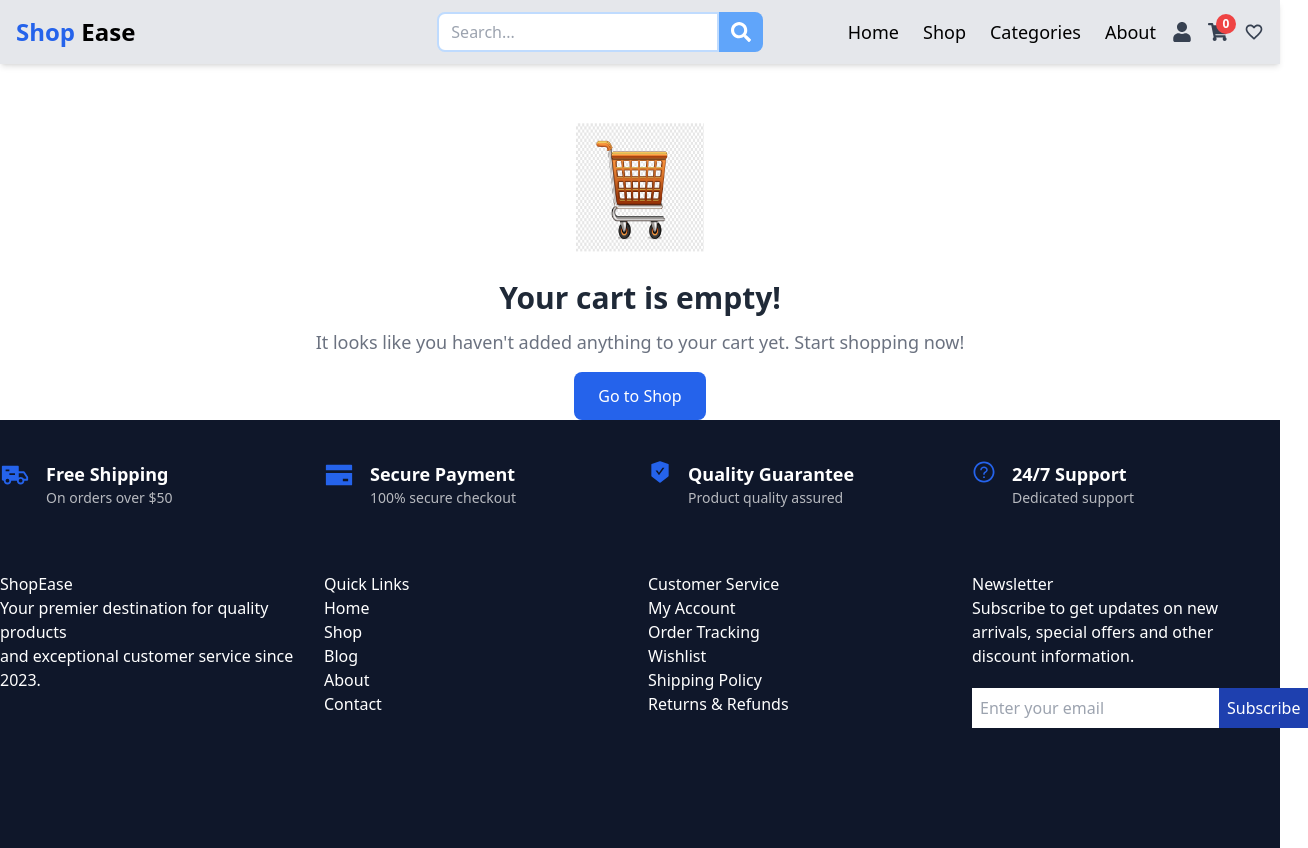
Repository: Muyassar-Mamdoh-Salem/project
Page: /cart
An editor plug-in stored every save of this project. The page is shown before and after the next save, followed by the edit.
The browser window is 1280 px wide. The page is 1308 px wide, so the pictures cover 1308 px, including what lies to the right of the window. The pictures show the whole page.
The project was rebuilt for these pictures with package versions that can differ from the ones it lists, and the page was loaded fresh each time. Also part of the build but not shown: vite.config.js, src/pages/Sign.jsx, src/pages/Products.jsx, src/pages/Banner.jsx, src/components/Home.jsx, src/components/Shop.jsx, src/components/About.jsx, src/components/Categories.jsx and 2 more.

Above is the page before, as saved 2025-05-20 21:06:24.

### src/main.jsx
import { StrictMode } from 'react';
import { createRoot } from 'react-dom/client';
import { Provider } from 'react-redux';
import './index.css';
import App from './App.jsx';
import { store } from './Redux/store.js';
import firebase from './FirebaseConfig.js'; // <-- تهيئة Firebase

createRoot(document.getElementById('root')).render(
  <StrictMode>
    <Provider store={store}>
      <App />
    </Provider>
  </StrictMode>,
);

### src/App.jsx
import React from "react";
import {
  createBrowserRouter,
  createRoutesFromElements,
  Outlet,
  Route,
  RouterProvider,
} from "react-router-dom";

import Header from "./components/Header";
import Footer from "./components/Footer";
import Sign from "./pages/Sign";
import Home from "./components/Home";
import Cart from "./pages/Cart";
import Shop from "./components/Shop";
import About from "./components/About";
import Categories from "./components/Categories";
import Regpage from "./pages/Regpage";
import ProductDetails from "./components/ProductDetails";
import { ProductsData } from "./api/Api";

const Layout = () => {




  return (
    <>
      <Header />
      <Outlet /> {/* سيتم استبداله بالمحتوى حسب المسار */}
      <Footer />
    </>
  );
};

const App = () => {
  const router = createBrowserRouter(
    createRoutesFromElements(
      <>
        <Route path="/" element={<Layout />}>
          <Route index element={<Home />} loader={ProductsData} />
          <Route path="cart" element={<Cart />} />
        </Route>
        <Route path="sign" element={<Sign />} />
        <Route path="shop" element={<Shop />} />
        <Route path="about" element={<About />} />
        <Route path="product/:id" element={<ProductDetails />} />
        <Route path="categories" element={<Categories />} />
                  <Route path="regpage" element={<Regpage />} />

      </>
    ),
    {
      future: {
        v7_startTransition: true,
        v7_relativeSplatPath: true,
      },
    }
  );

  return <RouterProvider router={router} />;
};

export default App;

### src/Redux/store.js
import { configureStore } from "@reduxjs/toolkit";
import appReducer from "./appSlice";

export const store = configureStore({
  reducer: {
    app: appReducer,
  },
});

### src/FirebaseConfig.js
// Import the functions you need from the SDKs you need
import { initializeApp } from "firebase/app";
// import { getAnalytics } from "firebase/analytics";
// TODO: Add SDKs for Firebase products that you want to use
// https://firebase.google.com/docs/web/setup#available-libraries

// Your web app's Firebase configuration
// For Firebase JS SDK v7.20.0 and later, measurementId is optional
const firebaseConfig = {
  apiKey: "AIzaSyAalUgJ3Ll3tkHQAQvJdORNeafACY-ek9w",
  authDomain: "ecommerce-app-6b6cb.firebaseapp.com",
  projectId: "ecommerce-app-6b6cb",
  storageBucket: "ecommerce-app-6b6cb.firebasestorage.app",
  messagingSenderId: "415824190073",
  appId: "1:415824190073:web:a47d569907d09dda5392a8",
  measurementId: "G-PF1PYRJ45L"
};

// Initialize Firebase
const app = initializeApp(firebaseConfig);
export default app;

### src/components/Header.jsx
import React, { useState } from "react";
import { HashLink } from "react-router-hash-link";
import { FaSearch, FaUser, FaShoppingCart, FaBars, FaSignOutAlt } from "react-icons/fa";
import { MdFavoriteBorder } from "react-icons/md";
import { IoMdClose } from "react-icons/io";
import { useDispatch, useSelector } from "react-redux";
import { getAuth, signOut } from "firebase/auth";
import { Logoutuser } from "../Redux/appSlice";

const Header = () => {
  const UserInfo = useSelector((state) => state.app.UserInfo);
  const dispatch = useDispatch();
  const [openBar, setOpenBar] = useState(false);

  const totalItems = useSelector((state) =>
    state.app.products.reduce((total, item) => total + item.quantity, 0)
  );

  const handleLogout = () => {
    const auth = getAuth();
    signOut(auth)
      .then(() => {
        console.log("Sign-out successful.");
        dispatch(Logoutuser());
      })
      .catch((error) => {
        console.log("An error happened", error);
      });
  };

  return (
    <>
      {/* HEADER */}
      <header className="bg-gray-200 shadow-md fixed top-0 left-0 right-0 z-30">
        <div className="container mx-auto grid grid-cols-1 md:grid-cols-3 items-center gap-4 px-4 py-3">
          {/* Logo */}
          <div className="flex justify-center md:justify-start">
            <h2 className="text-2xl font-bold">
              <span className="text-blue-600">Shop</span> Ease
            </h2>
          </div>

          {/* Search bar */}
          <div className="flex justify-center w-full">
            <div className="flex items-center w-full mr-20 max-w-md">
              <input
                type="text"
                className="flex-grow h-10 rounded-l-lg border-2 border-blue-200 px-3"
                placeholder="Search..."
              />
              <button className="h-10 bg-blue-400 hover:bg-blue-600 active:bg-blue-700 rounded-r-lg px-3 flex items-center justify-center">
                <FaSearch className="w-5 h-5 text-white" />
              </button>
            </div>
          </div>

          {/* Navigation + Icons */}
          <div className="flex justify-end items-center space-x-4">
            {/* Desktop Nav */}
            <nav className="hidden md:flex space-x-6 text-lg">
              <HashLink smooth to="/#top" onClick={() => setOpenBar(false)} className="hover:text-blue-500 transition duration-300">Home</HashLink>
              <HashLink to="/shop" className="hover:text-blue-500 transition duration-300">Shop</HashLink>
              <HashLink to="/categories" className="hover:text-blue-500 transition duration-300">Categories</HashLink>
              <HashLink to="/about" className="hover:text-blue-500 transition duration-300">About</HashLink>
            </nav>

            {/* Desktop Icons */}
            <div className="hidden md:flex items-center space-x-4 text-xl text-gray-700">
              {UserInfo ? (
                <>
                  <span className="text-sm font-semibold text-gray-800 mr-2">
                   {UserInfo.userName}
                  </span>
                  {/* Logout Icon */}
                  <button onClick={handleLogout} title="Logout">
                    <FaSignOutAlt className="text-xl text-gray-700 hover:text-red-600 transition duration-300" />
                  </button>
                </>
              ) : (
                <HashLink to="/regpage">
                  <FaUser className="hover:text-blue-500 cursor-pointer transition duration-300" />
                </HashLink>
              )}

              <HashLink to="/cart" className="relative inline-block">
                <span className="absolute -top-2 -right-2 bg-red-500 text-white text-xs font-bold rounded-full w-5 h-5 flex items-center justify-center">
                  {totalItems}
                </span>
                <FaShoppingCart className="text-xl hover:text-blue-500 cursor-pointer transition duration-300" />
              </HashLink>
              <MdFavoriteBorder className="hover:text-blue-500 cursor-pointer transition duration-300" />
            </div>

            {/* Mobile Menu Button */}
            <div className="md:hidden cursor-pointer text-gray-800" onClick={() => setOpenBar(!openBar)}>
              {!openBar ? <FaBars fontSize="20px" /> : <IoMdClose fontSize="20px" />}
            </div>
          </div>
        </div>
      </header>

      {/* SIDEBAR - Mobile Menu */}
      <div className={`fixed top-0 right-0 w-[220px] h-[100vh] transform ${openBar ? "translate-x-0" : "translate-x-full"} transition-transform duration-500 ease-in-out z-50 bg-gradient-to-b from-blue-900 via-blue-800 to-gray-900 md:hidden`}>
        <div className="absolute top-4 left-3 text-white cursor-pointer" onClick={() => setOpenBar(false)}>
          <IoMdClose fontSize="24px" />
        </div>

        {/* Sidebar Icons */}
        <div className="flex items-center justify-around py-5 text-white mt-12 border-b border-gray-600">
          {UserInfo ? (
            <>
              <span className="text-sm font-semibold">{UserInfo.userName}</span>
              {/* Logout Icon + Button */}
              <button onClick={handleLogout} title="Logout">
                <FaSignOutAlt className="text-xl hover:text-yellow-400 transition duration-300" />
              </button>
            </>
          ) : (
            <HashLink to="/regpage" onClick={() => setOpenBar(false)}>
              <FaUser className="text-xl active:text-yellow-400 cursor-pointer transition duration-300" />
            </HashLink>
          )}

          <HashLink to="/cart" onClick={() => setOpenBar(false)} className="relative">
            <span className="absolute -top-2 -right-2 bg-red-500 text-white text-xs font-bold rounded-full w-5 h-5 flex items-center justify-center">
              {totalItems}
            </span>
            <FaShoppingCart className="text-xl active:text-yellow-400 cursor-pointer transition duration-300" />
          </HashLink>

          <MdFavoriteBorder className="text-xl active:text-yellow-400 cursor-pointer transition duration-300" />
        </div>

        {/* Sidebar Nav */}
        <nav className="mt-10 text-white flex flex-col space-y-6 px-6 text-lg">
          <HashLink smooth to="/#top" onClick={() => setOpenBar(false)} className="hover:text-yellow-400 transition duration-300">Home</HashLink>
          <HashLink to="/shop" onClick={() => setOpenBar(false)} className="hover:text-yellow-400 transition duration-300">Shop</HashLink>
          <HashLink to="/categories" onClick={() => setOpenBar(false)} className="hover:text-yellow-400 transition duration-300">Categories</HashLink>
          <HashLink to="/about" onClick={() => setOpenBar(false)} className="hover:text-yellow-400 transition duration-300">About</HashLink>
        </nav>
      </div>
    </>
  );
};

export default Header;

### src/components/Footer.jsx
import React from 'react'
import {
  AiFillTruck,
  AiFillCreditCard,
  AiFillSafetyCertificate,
  AiOutlineQuestionCircle,
} from 'react-icons/ai'

const features = [
  {
    icon: <AiFillTruck className='text-3xl text-blue-600' />,
    title: 'Free Shipping',
    desc: 'On orders over $50',
  },
  {
    icon: <AiFillCreditCard className='text-3xl text-blue-600' />,
    title: 'Secure Payment',
    desc: '100% secure checkout',
  },
  {
    icon: <AiFillSafetyCertificate className='text-2xl text-blue-600' />,
    title: 'Quality Guarantee',
    desc: 'Product quality assured',
  },
  {
    icon: <AiOutlineQuestionCircle className='text-2xl text-blue-600' />,
    title: '24/7 Support',
    desc: 'Dedicated support',
  },
]

const Footer = () => {
  return (
    <div className='bg-slate-900'>
      <footer className='text-white gap-4 grid grid-cols-2 container mx-auto md:grid-cols-4 py-10'>

        {features.map((item, index) => (
          <div key={index}>
            <div className='flex items-start gap-4'>
              {item.icon}
              <div>
                <h3 className='text-lg font-semibold'>{item.title}</h3>
                <p className='opacity-70 text-sm'>{item.desc}</p>
              </div>
            </div>

            {/* المحتوى الإضافي لكل عمود حسب ما هو موجود في النسخة الأصلية */}
            {index === 0 && (
              <div className='mt-16'>
                <h3 dir='ltr'>ShopEase</h3>
                <p>
                  Your premier destination for quality products <br /> and
                  exceptional customer service since 2023.
                </p>
              </div>
            )}

            {index === 1 && (
              <div className='mt-16'>
                <h3>Quick Links</h3>
                <ul>
                  <li>Home</li>
                  <li>Shop</li>
                  <li>Blog</li>
                  <li>About</li>
                  <li>Contact</li>
                </ul>
              </div>
            )}

            {index === 2 && (
              <div className='mt-16'>
                <h3>Customer Service</h3>
                <ul>
                  <li>My Account</li>
                  <li>Order Tracking</li>
                  <li>Wishlist</li>
                  <li>Shipping Policy</li>
                  <li>Returns & Refunds</li>
                </ul>
              </div>
            )}

            {index === 3 && (
              <div className='mt-16'>
                <h3>Newsletter</h3>
                <p>
                  Subscribe to get updates on new arrivals, special offers and
                  other discount information.
                </p>
                <div className='flex items-center mt-5'>
                  <input
                    type='email'
                    placeholder='Enter your email'
                    className='p-2'
                  />
                  <button className='bg-blue-800 text-white p-2'>
                    Subscribe
                  </button>
                </div>
              </div>
            )}
          </div>
        ))}
      </footer>

      <section className='grid lg:grid-cols-4 md:grid-cols-2 grid-cols-1 gap-4 py-10 bg-slate-900 text-white container mx-auto'></section>
    </div>
  )
}

export default Footer

### src/pages/Cart.jsx
import { useDispatch, useSelector } from 'react-redux';
import { increment, decrement, RemoveAllCart } from '../Redux/appSlice';

const Cart = () => {
  const products = useSelector((state) => state.app.products);
  const dispatch = useDispatch();

  if (!products || products.length === 0) {
    return (
      <div className="mt-32 text-center text-gray-600 px-4">
        <div className="flex flex-col items-center justify-center">
          <img src="shopping.png" className="w-24 sm:w-32 h-24 sm:h-32 mb-6 animate-bounce" />
          <h2 className="text-2xl sm:text-3xl font-semibold text-gray-800 mb-3">Your cart is empty!</h2>
          <p className="text-base sm:text-lg text-gray-500 mb-4">It looks like you haven't added anything to your cart yet. Start shopping now!</p>
          <button
            className="bg-blue-600 text-white px-5 py-2 sm:px-6 sm:py-3 rounded-lg hover:bg-blue-700 transition"
            onClick={() => window.location.href = '/shop'}
          >
            Go to Shop
          </button>
        </div>
      </div>
    );
  }

  return (
    <div className="mt-20 px-4 sm:px-6 lg:px-8 max-w-7xl mx-auto">
      <h1 className="text-3xl sm:text-5xl font-bold text-center text-gray-800 mb-10">Your Cart</h1>

      <div className="space-y-6">
        {products.map((product) => (
          <div
            key={product.id}
            className="flex flex-col lg:flex-row items-center justify-between gap-4 bg-gradient-to-r from-purple-600 to-blue-500 p-4 sm:p-6 rounded-xl shadow-lg transform hover:scale-[1.01] transition duration-300"
          >
            {/* Image + info */}
            <div className="flex flex-col sm:flex-row items-center sm:items-start gap-4 w-full lg:w-2/3">
              <img
                src={product.image}
                alt={product.title}
                className="w-36 h-36 sm:w-44 sm:h-44 object-cover rounded-xl shadow-xl"
              />
              <div className="text-white text-center sm:text-left">
                <h2 className="text-xl sm:text-2xl font-semibold mb-1">{product.title}</h2>
                <p className="text-sm sm:text-base text-white/90 max-w-md">{product.description}</p>
              </div>
            </div>

            {/* Controls */}
            <div className="text-white text-center lg:text-right w-full lg:w-1/3">
              <p className="text-lg sm:text-xl font-semibold">${product.price}</p>
              <p className="mt-1 text-base sm:text-lg">Quantity: {product.quantity}</p>
              <div className="flex justify-center lg:justify-end gap-4 mt-2">
                <button
                  onClick={() => dispatch(increment({ id: product.id }))}
                  className="text-2xl bg-green-500 text-white p-2 rounded-full hover:bg-green-600"
                >
                  +
                </button>
                <button
                  onClick={() => dispatch(decrement({ id: product.id }))}
                  className="text-2xl bg-red-500 text-white p-2 rounded-full hover:bg-red-600"
                >
                  -
                </button>
              </div>
            </div>
          </div>
        ))}
      </div>

      {/* Clear All */}
      <div className="mt-6 text-center">
        <button
          onClick={() => dispatch(RemoveAllCart())}
          className="bg-red-600 text-white px-5 py-3 rounded-lg hover:bg-red-700 transition"
        >
          Clear All
        </button>
      </div>

      {/* Total */}
      <div className="flex flex-col sm:flex-row justify-between items-center bg-gradient-to-r from-green-400 to-blue-500 p-4 sm:p-6 rounded-xl shadow-lg mt-10">
        <h2 className="text-2xl sm:text-3xl font-semibold text-white">Total</h2>
        <p className="text-2xl sm:text-3xl font-bold text-yellow-300 mt-2 sm:mt-0">
          ${products.reduce((total, product) => total + product.price * product.quantity, 0).toFixed(2)}
        </p>
      </div>

      {/* Checkout */}
      <div className="mt-10 text-center">
        <button className="bg-yellow-500 text-white py-3 px-6 sm:py-4 sm:px-10 rounded-full shadow-xl hover:bg-yellow-600 transition">
          Proceed to Checkout
        </button>
      </div>
    </div>
  );
};

export default Cart;

### src/api/Api.js
//
export const ProductsData = async () => {
    const response = await fetch("https://fakestoreapi.com/products");
    if (!response.ok) throw new Error("فشل الجلب");
    return await response.json();
  };

### src/Redux/appSlice.js
import { createSlice } from "@reduxjs/toolkit";

const initialState = {
  products: [],
  UserInfo: null,
};

const appSlice = createSlice({
  name: "Ecommerce",
  initialState,
  reducers: {
    addToCart: (state, action) => {
      const item = state.products.find((item) => item?.id === action.payload?.id);
      if (item) {
        if (action.payload?.quantity > 0) {
          item.quantity += action.payload.quantity;
        }
      } else {
        if (action.payload?.id && action.payload?.quantity > 0) {
          state.products.push(action.payload);
        }
      }
    },

    increment: (state, action) => {
      const item = state.products.find((item) => item.id === action.payload.id);
      if (item) {
        item.quantity++;
      }
    },

    decrement: (state, action) => {
      const item = state.products.find((item) => item.id === action.payload.id);
      if (item && item.quantity > 1) {
        item.quantity--;
      }
    },

    RemoveAllCart: (state) => {
      state.products = [];
    },

    setUser: (state, action) => {
      state.UserInfo = action.payload;
      localStorage.setItem("UserInfo", JSON.stringify(action.payload)); // حفظ في localStorage
    },

    Logoutuser: (state) => {
      state.UserInfo = null;
      localStorage.removeItem("UserInfo"); // حذف من localStorage عند تسجيل الخروج
    },
  },
});

export const { addToCart, increment, decrement, RemoveAllCart, setUser, Logoutuser } =
  appSlice.actions;

export default appSlice.reducer;

Loaded but not shown: index.html (common file); src/index.css (common file); tailwind.config.js (common file)

After the next save:
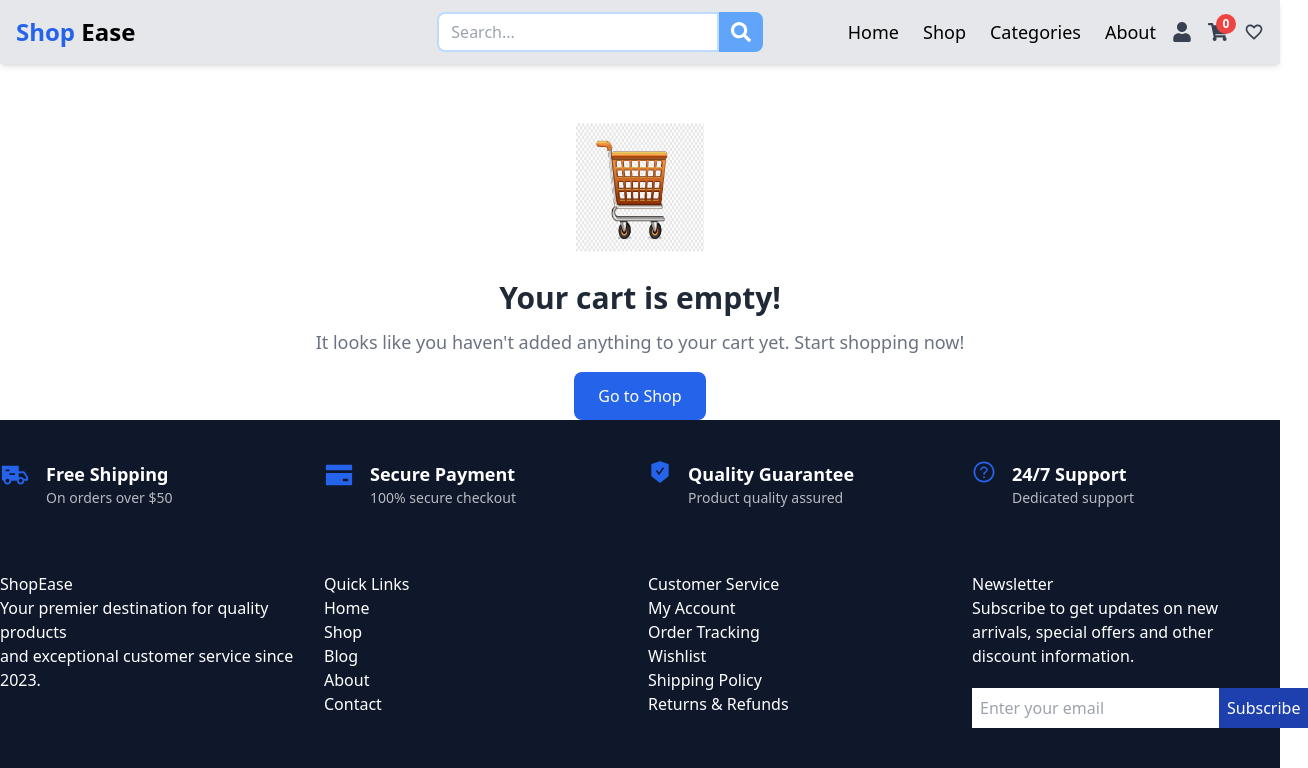
Saved 6 s later.
--- a/src/components/Footer.jsx
+++ b/src/components/Footer.jsx
@@ -104,7 +104,7 @@ const Footer = () => {
         ))}
       </footer>
 
-      <section className='grid lg:grid-cols-4 md:grid-cols-2 grid-cols-1 gap-4 py-10 bg-slate-900 text-white container mx-auto'></section>
+
     </div>
   )
 }
